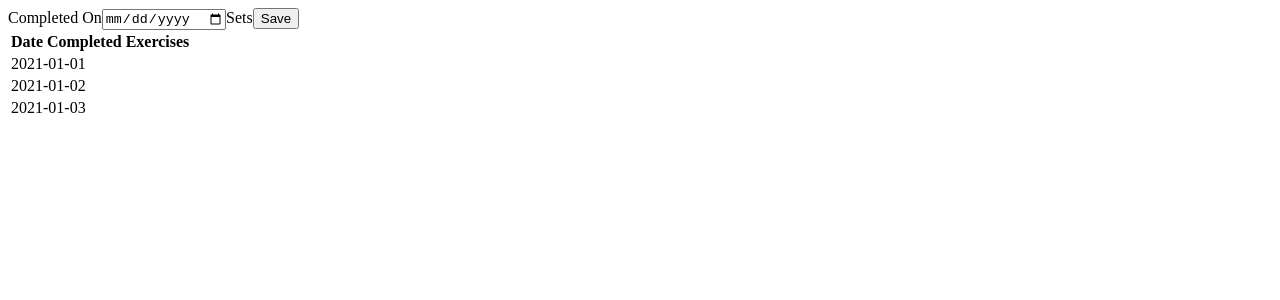
Repository: Kayla-amr/Exercise-Tracking-App
Page: / (app in exerciseTracking/)
An editor plug-in stored every save of this project. The page is shown before and after a run of saves, followed by the edit.
The browser window is 1280 px wide. The pictures show the whole page.
The project was rebuilt for these pictures with package versions that can differ from the ones it lists, and the page was loaded fresh each time. Also part of the build but not shown: exerciseTracking/vite.config.ts, exerciseTracking/src/assets/main.css.

Above is the page before, as saved 2023-03-17 13:31:12.

### exerciseTracking/src/main.ts
import { createApp } from 'vue'
import App from './App.vue'

import './assets/main.css'

const app = createApp(App)

app.mount('#app')

### exerciseTracking/src/App.vue
<script setup>
import trackingForm from './components/trackingForm.vue'
import trackingHistory from './components/trackingHistory.vue'
</script>

<template>
    <div id="app">
        <tracking-form />
        <tracking-history :exercises="exercises" />

    </div>
</template>

<script>
export default{
    name: 'app',
    components: {
        trackingForm,
        trackingHistory
    },
    data() {
        return {
            exercises: [
              {
                id: 1,
                date: '2021-01-01',
                sets: '3',
                reps: '10',
                weight: '30'
              },
              {
                id: 2,
                date: '2021-01-02',
                sets: '3',
                reps: '10',
                weight: '30'
              },
              {
                id: 3,
                date: '2021-01-03',
                sets: '3',
                reps: '10',
                weight: '30'
              }
            ]
        }
    }
}
</script>

### exerciseTracking/src/components/trackingForm.vue
<template>
    <div id="tracking-form">
        <form @submit.prevent="handleSubmit">
            <label for="date">Completed On</label>
            <input type="date" v-model="date">
            <label for="sets">Sets</label>
            <button type="submit">Save</button>
        </form>
    </div>
</template>


<script>
export default {
    name: 'tracking-form',
    data() {
        return {
            exercises: {
                date: '',
                sets: '',
                reps: '',
                weight: ''
            }
        }
    }
}
</script>

### exerciseTracking/src/components/trackingHistory.vue
<template>
    <div id="tracking-history">
        <table>
            <thead>
                <tr>
                    <th>Date Completed</th>
                    <th>Exercises</th>
                </tr>
            </thead>
            <tbody>
                <tr v-for="exercise in exercises" :key="exercise.id">
                    <td>{{ exercise.date }}</td>
                    <td>{{ exercise.exercises }}</td>
                </tr>
            </tbody>
        </table>
    </div>
</template>

<script>
export default{
    name: 'tracking-history',
    props: {
        exercises: {
            type: Array
        }
    }
}
</script>

Loaded but not shown: exerciseTracking/index.html (common file)

After the next 4 saves:
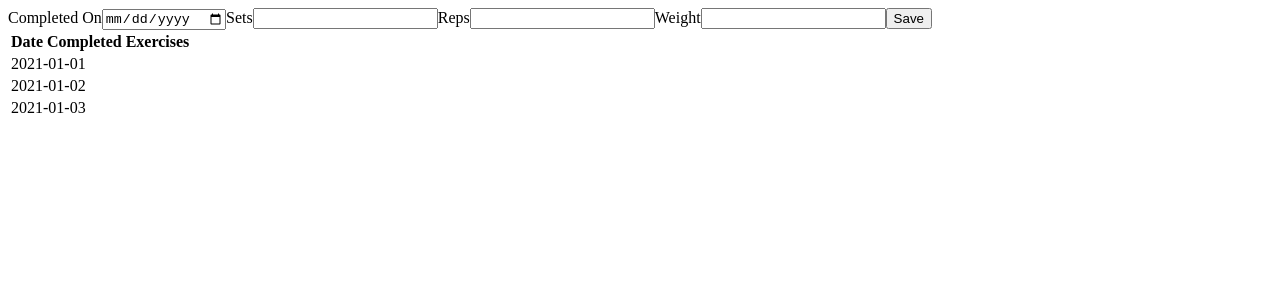
The 4 saves are shown as one change because they came seconds apart.
The last was saved 10 s later.
--- a/exerciseTracking/src/components/trackingForm.vue
+++ b/exerciseTracking/src/components/trackingForm.vue
@@ -4,6 +4,12 @@
             <label for="date">Completed On</label>
             <input type="date" v-model="date">
             <label for="sets">Sets</label>
+            <input type="number" v-model="sets">
+            <label for="reps">Reps</label>
+            <input type="number" v-model="reps">
+            <label for="weight">Weight</label>
+            <input type="number" v-model="weight">
+
             <button type="submit">Save</button>
         </form>
     </div>
